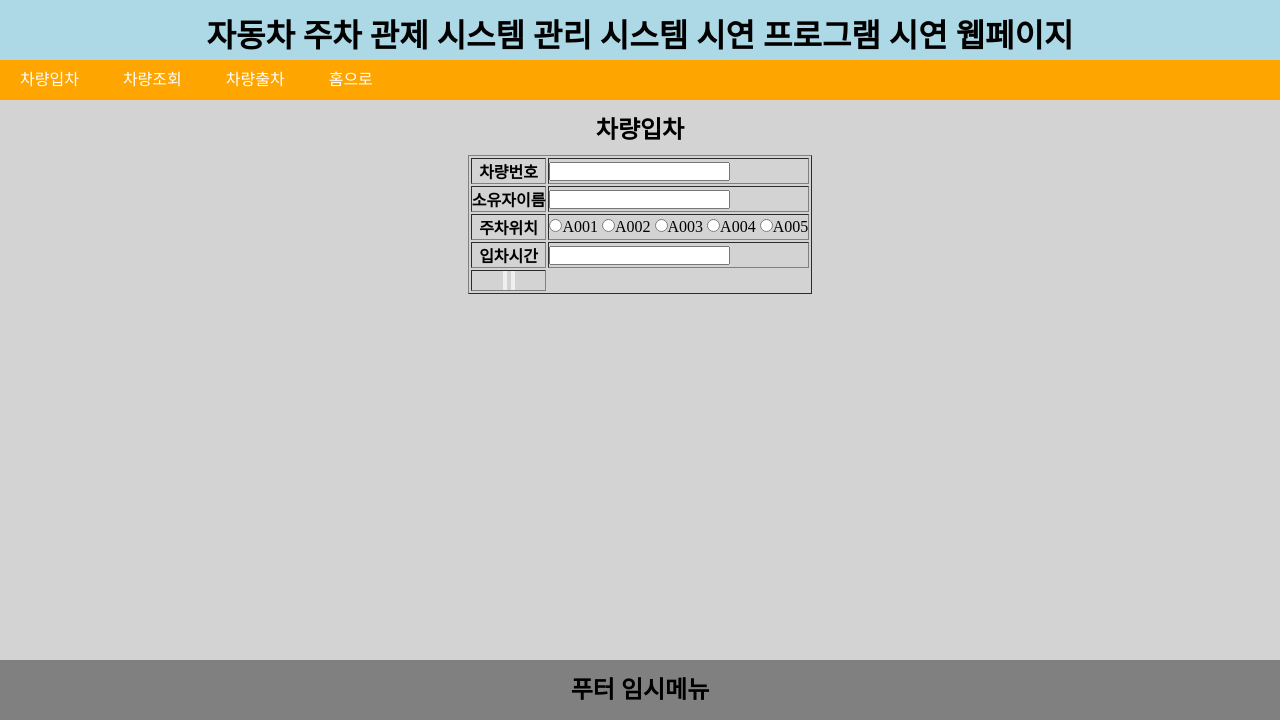
Repository: Ghraminal/mytest
Page: http://localhost/farking/insert.jsp
An editor plug-in stored every save of this project. The page is shown before and after the next save, followed by the edit.
The browser window is 1280 px wide. The pictures show the whole page.
The page is served by Tomcat 9.

Above is the page before, as saved 2025-08-20 05:32:29.

After the next save:
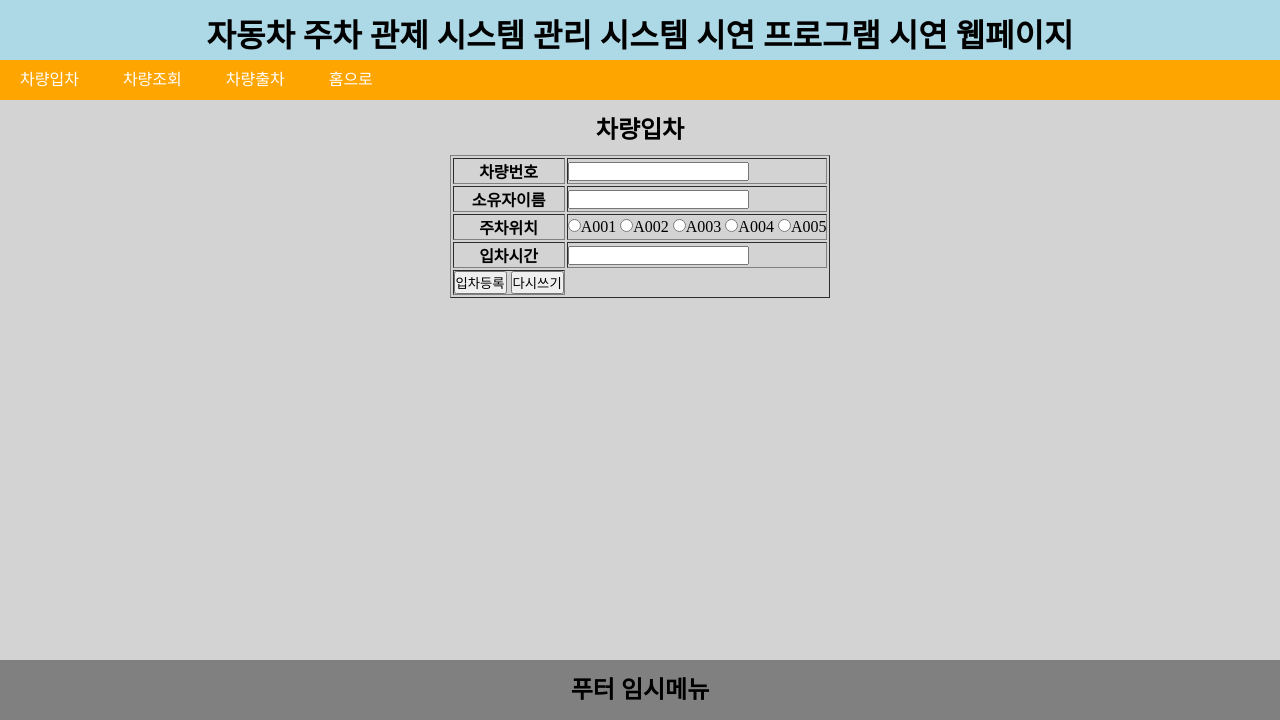
Saved 34 s later.
--- a/farking/src/main/webapp/insert.jsp
+++ b/farking/src/main/webapp/insert.jsp
@@ -62,8 +62,8 @@
 		</tr>
 		<tr>
 			<th>
-				<input type="button" onclick="inter()">
-				<input type="button" onclick="resett()">
+				<input type="button" value="입차등록" onclick="inter()">
+				<input type="button" value="다시쓰기" onclick="resett()">
 			</th>
 		</tr>
 	</table>
